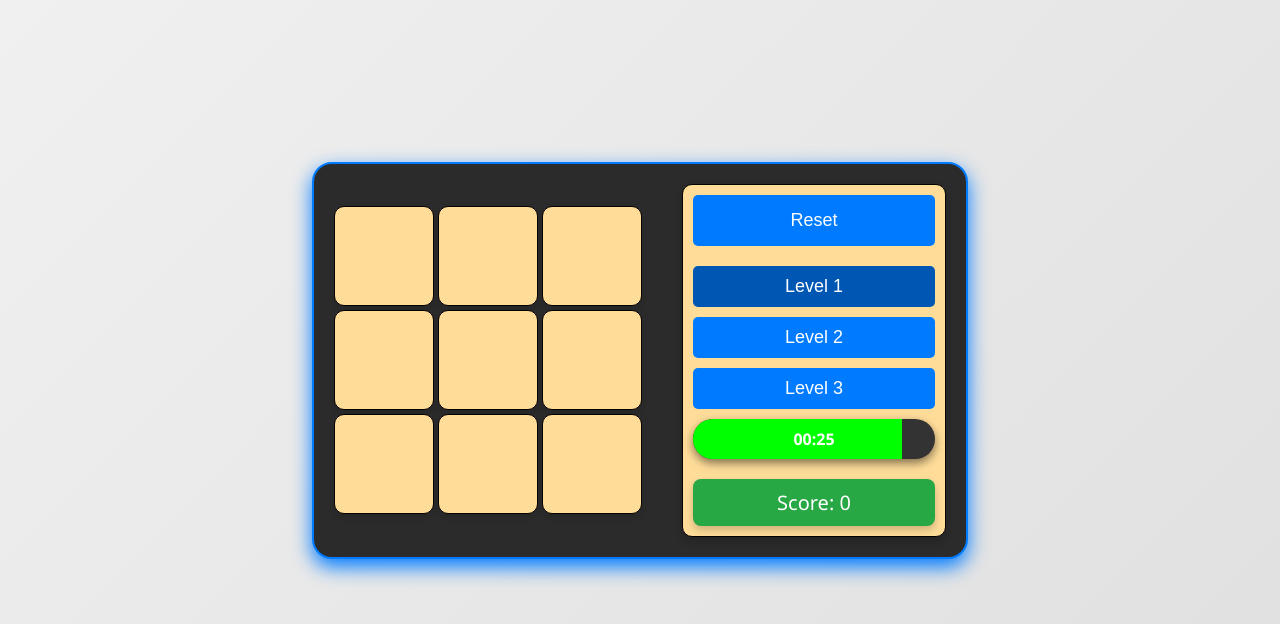
Repository: radisyah/THE_BRAIN_STORM
Page: Impossible Memory.html
These files come from the project's save history. The page is drawn as it stood at one moment and after a run of saves; the edit follows.
The browser window is 1280 px wide. The pictures show the whole page.

Above is the page before, as saved 2024-10-23 01:00:58.

After the next 2 saves:
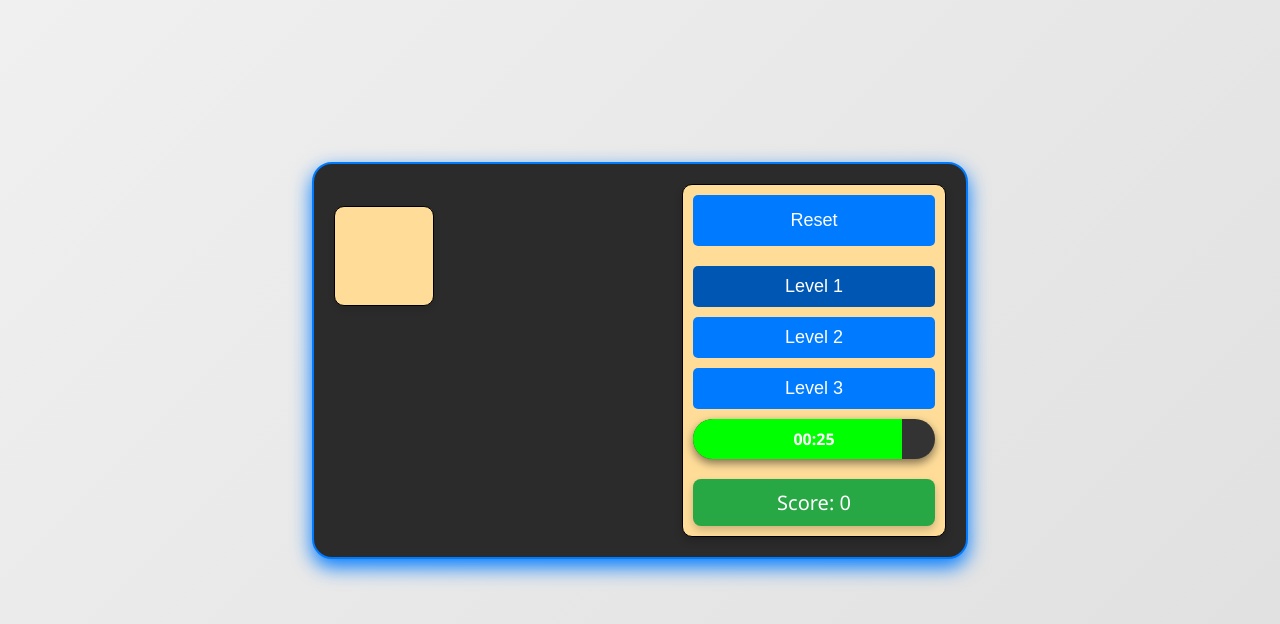
The 2 saves are shown as one change because they came seconds apart.
The last was saved 78 s later.
--- a/Impossible Memory.html
+++ b/Impossible Memory.html
@@ -265,25 +265,13 @@
     <script>
         const gridSizes = {
             3: [
-                { correct: 0 }, { correct: 1 }, { correct: 1 },
-                { correct: 2 }, { correct: 3 }, { correct: 5 },
-                { correct: 8 }, { correct: 13 }, { correct: 21 }
+                { correct: 0 },
             ],
             5: [
-                { correct: 0 }, { correct: 0 }, { correct: 1 }, { correct: 0 }, { correct: 0 },
-                { correct: 0 }, { correct: 1 }, { correct: 0 }, { correct: 1 }, { correct: 0 },
-                { correct: 1 }, { correct: 0 }, { correct: 2 }, { correct: 0 }, { correct: 1 },
-                { correct: 1 }, { correct: 3 }, { correct: 0 }, { correct: 3 }, { correct: 1 },
-                { correct: 1 }, { correct: 4 }, { correct: 6 }, { correct: 4 }, { correct: 1 }
+                { correct: 11 },
             ],
             7:  [
-                { correct: 0 }, { correct: 1 }, { correct: 1 }, { correct: 2 }, { correct: 3 }, { correct: -1 }, { correct: 4 },
-                { correct: -5 }, { correct: -1 }, { correct: -6 }, { correct: -7 }, { correct: 1 }, { correct: -8 }, { correct: 9 },
-                { correct: 1 }, { correct: 10 }, { correct: 11 }, { correct: -1 }, { correct: 12 }, { correct: -13 }, { correct: -1 },
-                { correct: -14 }, { correct: -15 }, { correct: 1 }, { correct: -16 }, { correct: 17 }, { correct: 1 }, { correct: 18 },
-                { correct: 19 }, { correct: -1 }, { correct: 28 }, { correct: -21 }, { correct: -1 }, { correct: -22 }, { correct: -23 },
-                { correct: 1 }, { correct: -24 }, { correct: 25 }, { correct: 1 }, { correct: 26 }, { correct: 27 }, { correct: -1 },
-                { correct: 28 }, { correct: -29 }, { correct: -1 }, { correct: -30 }, { correct: -31 }, { correct: 1 }, { correct: -32 },
+                { correct: 10 },
             ]
         }
 
